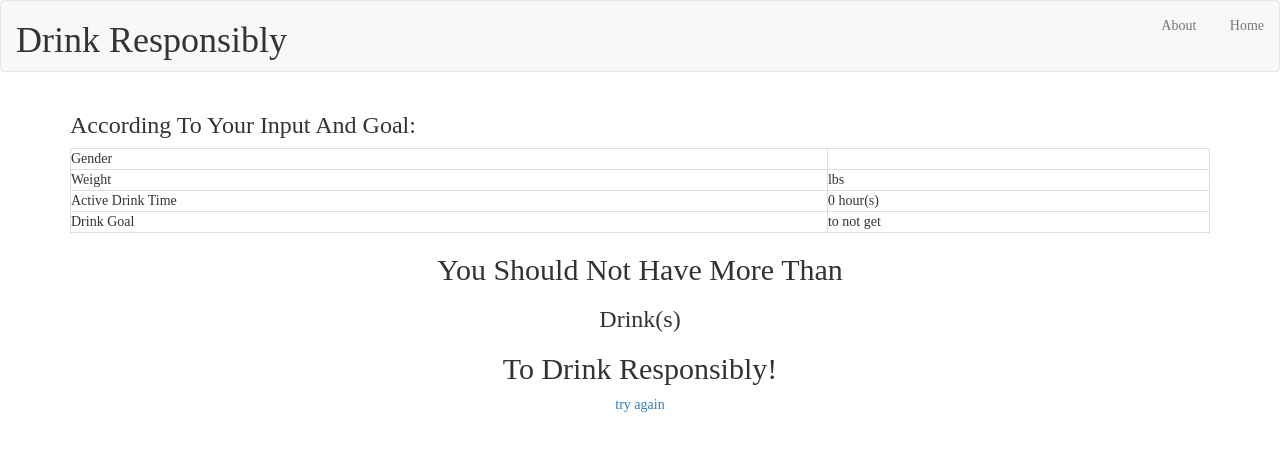
Repository: NatNat180/DrinkResponsibly
Page: http://localhost/DrinkResponsibly/calculate-drink-amount
An editor plug-in stored every save of this project. The page is shown before and after the next save, followed by the edit.
The browser window is 1280 px wide. The pictures show the whole page.
Some web fonts or font styles are not loaded; a fallback is used. The page is served by Tomcat 9. Other server files are loaded and not shown.

Above is the page before, as saved 2016-04-07 16:28:56.

### DrinkResponsibly/WebContent/WEB-INF/results.jsp
<%@ page language="java" contentType="text/html; charset=UTF-8"
    pageEncoding="ISO-8859-1"%>
<%@ taglib prefix="c" uri="http://java.sun.com/jsp/jstl/core" %>
<!DOCTYPE html>
<html lang="eng">
<head>
<meta http-equiv="Content-Type" content="text/html; charset=UTF-8">
<link rel="stylesheet" type="text/css" href="bootstrap/css/bootstrap.css"/>
<link rel="stylesheet" type="text/css" href="css/style.css"/>
<title>Drink Responsibly - Your Results</title>
</head>
<body>
<c:import url="/WEB-INF/navigation.html"/>
<section class="container">

<h3>According To Your Input And Goal:</h3>
<table class="table-bordered" style="width: 100%;">
<tr>
	<td>Gender</td>
	<td><c:out value="${gender}"></c:out></td>
</tr>
<tr>
	<td>Weight</td>
	<td><c:out value="${weight} lbs"></c:out></td>
</tr>
<tr>
	<td>Active Drink Time</td>
	<td><c:out value="${drink-time} hour(s)"></c:out></td>
</tr>
<tr>
	<td>Drink Goal</td>
	<td>to not get <c:out value="${goal}"></c:out></td>
</tr>
</table>

<div class="center-text">
<h2>You Should Not Have More Than</h2>
<h3><c:out value="${drinks}"></c:out></h3>
<h3>Drink(s)</h3>
<h2>To Drink Responsibly!</h2>
<a href="form">try again</a>
</div>

</section>
</body>
</html>

### DrinkResponsibly/WebContent/WEB-INF/navigation.html
<nav class="navbar navbar-default" role="navigation">
	<div class="container-fluid">
		<div class="navbar-header">
		  <h1  class="nav-title">Drink Responsibly</h1>
		</div>
		<ul class="nav navbar-nav navbar-right">
			<li id="right"><a href="">&nbsp;About</a>
			<li id="right"><a href="form">&nbsp;Home</a>
		</ul>
	</div>
	</nav>
	<!--<nav class="nav-tabs" role="navigation">
	<h1  class="nav-title">Drink Responsibly</h1>
		<ul class="nav navbar-nav navbar-right">
			<li id="right"><a href="">&nbsp;About</a>
			<li id="right"><a href="form">&nbsp;Home</a>
		</ul>
	</nav>-->

### DrinkResponsibly/src/com/application/CalculateDrinkAmount.java
package com.application;

import java.io.IOException;
//import java.io.PrintWriter;

import javax.servlet.ServletException;
import javax.servlet.annotation.WebServlet;
import javax.servlet.http.HttpServlet;
import javax.servlet.http.HttpServletRequest;
import javax.servlet.http.HttpServletResponse;

@WebServlet("/calculate-drink-amount")
public class CalculateDrinkAmount extends HttpServlet {
	private static final long serialVersionUID = 1L;

	//make class variables
	double initialBAC;
	double expendableBAC = 0.015;
	double finalBAC;
	int drinks;

    public CalculateDrinkAmount() {
        super();

    }

	protected void doGet(HttpServletRequest request, HttpServletResponse response) throws ServletException, IOException {

		request.getServletContext().getRequestDispatcher("/WEB-INF/results.jsp").forward(request, response);
	}

	protected void doPost(HttpServletRequest request, HttpServletResponse response) throws ServletException, IOException {

		//response.setContentType("text/html");
		//PrintWriter out = response.getWriter();

		//Retrieve values from form
		String gender = request.getParameter("gender");
		String weight = request.getParameter("weight");
		String drinkTime = request.getParameter("drink-time");
		String goal = request.getParameter("goal");
		String unit = request.getParameter("unit");

		//Parse int the weight and drinkTime so that they are no longer strings and can be manipulated
		int weightNum = Integer.parseInt(weight);
		int drinkTimeNum = Integer.parseInt(drinkTime);

		//convert from kg to lbs if kg was used
		if(unit.equals("kg")){
			weightNum *= 2.2046;
		}

		//Enable them to be printed out in a JSP
		request.setAttribute("gender", gender);
		request.setAttribute("weight", weightNum);
		request.setAttribute("drink-time", drinkTime);
		request.setAttribute("goal", goal);

		//Set initial drink amount
		//If the person plans on drinking for at least an hour or more, set the initial drink amount to the total hours they plan on drinking
		//Otherwise, set the initial drink amount to zero
		if(drinkTimeNum >= 1){
			drinks = drinkTimeNum;
		} else {
			drinks = 0;
		}

		//Calculate initial BAC levels based on gender and weight
		if(gender.equals("male")){

			if(weightNum <= 100){

				initialBAC = 0.0435;

			} else if(weightNum > 100 && weightNum < 125){

				double base = 0.0435;
				double rate = 0.00036 * 5;

				switch(weightNum){
				case 101:
				case 102:
				case 103:
				case 104:
					initialBAC = base;
					break;
				case 105:
				case 106:
				case 107:
				case 108:
				case 109:
					initialBAC = base - rate;
					break;
				case 110:
				case 111:
				case 112:
				case 113:
				case 114:
					initialBAC = base - (rate * 2);
					break;
				case 115:
				case 116:
				case 117:
				case 118:
				case 119:
					initialBAC = base - (rate * 3);
					break;
				case 120:
				case 121:
				case 122:
				case 123:
				case 124:
					initialBAC = base - (rate * 4);
					break;
				}

			} else if(weightNum >= 125 && weightNum < 150){

				double base = 0.0345;
				double rate = 0.0002 * 5;

				switch(weightNum){
				case 125:
				case 126:
				case 127:
				case 128:
				case 129:
					initialBAC = base;
					break;
				case 130:
				case 131:
				case 132:
				case 133:
				case 134:
					initialBAC = base - rate;
					break;
				case 135:
				case 136:
				case 137:
				case 138:
				case 139:
					initialBAC = base - (rate * 2);
					break;
				case 140:
				case 141:
				case 142:
				case 143:
				case 144:
					initialBAC = base - (rate * 3);
					break;
				case 145:
				case 146:
				case 147:
				case 148:
				case 149:
					initialBAC = base - (rate * 4);
					break;
				}

			} else if(weightNum >= 150 && weightNum < 175){

				double base = 0.0295;
				double rate = 0.00016 * 5;

				switch(weightNum){
				case 150:
				case 151:
				case 152:
				case 153:
				case 154:
					initialBAC = base;
					break;
				case 155:
				case 156:
				case 157:
				case 158:
				case 159:
					initialBAC = base - rate;
					break;
				case 160:
				case 161:
				case 162:
				case 163:
				case 164:
					initialBAC = base - (rate * 2);
					break;
				case 165:
				case 166:
				case 167:
				case 168:
				case 169:
					initialBAC = base - (rate * 3);
					break;
				case 170:
				case 171:
				case 172:
				case 173:
				case 174:
					initialBAC = base - (rate * 4);
					break;
				}

			} else if(weightNum >= 175 && weightNum < 200){

				double base = 0.0255;
				double rate = 0.00012 * 5;

				switch(weightNum){
				case 175:
				case 176:
				case 177:
				case 178:
				case 179:
					initialBAC = base;
					break;
				case 180:
				case 181:
				case 182:
				case 183:
				case 184:
					initialBAC = base - rate;
					break;
				case 185:
				case 186:
				case 187:
				case 188:
				case 189:
					initialBAC = base - (rate * 2);
					break;
				case 190:
				case 191:
				case 192:
				case 193:
				case 194:
					initialBAC = base - (rate * 3);
					break;
				case 195:
				case 196:
				case 197:
				case 198:
				case 199:
					initialBAC = base - (rate * 4);
					break;
				}

			} else if(weightNum >= 200 && weightNum < 225){

				double base = 0.0225;
				double rate = 0.00012 * 5;

				switch(weightNum){
				case 200:
				case 201:
				case 202:
				case 203:
				case 204:
					initialBAC = base;
					break;
				case 205:
				case 206:
				case 207:
				case 208:
				case 209:
					initialBAC = base - rate;
					break;
				case 210:
				case 211:
				case 212:
				case 213:
				case 214:
					initialBAC = base - (rate * 2);
					break;
				case 215:
				case 216:
				case 217:
				case 218:
				case 219:
					initialBAC = base - (rate * 3);
					break;
				case 220:
				case 221:
				case 222:
				case 223:
				case 224:
					initialBAC = base - (rate * 4);
					break;
				}

			} else if(weightNum >= 225 && weightNum < 250){

				double base = 0.0195;
				double rate = 0.00008 * 5;

				switch(weightNum){
				case 225:
				case 226:
				case 227:
				case 228:
				case 229:
					initialBAC = base;
					break;
				case 230:
				case 231:
				case 232:
				case 233:
				case 234:
					initialBAC = base - rate;
					break;
				case 235:
				case 236:
				case 237:
				case 238:
				case 239:
					initialBAC = base - (rate * 2);
					break;
				case 240:
				case 241:
				case 242:
				case 243:
				case 244:
					initialBAC = base - (rate * 3);
					break;
				case 245:
				case 246:
				case 247:
				case 248:
				case 249:
					initialBAC = base - (rate * 4);
					break;
				}

			} else if(weightNum >= 250 && weightNum < 275){

				double base = 0.0175;
				double rate = 0.00008 * 5;

				switch(weightNum){
				case 250:
				case 251:
				case 252:
				case 253:
				case 254:
					initialBAC = base;
					break;
				case 255:
				case 256:
				case 257:
				case 258:
				case 259:
					initialBAC = base - rate;
					break;
				case 260:
				case 261:
				case 262:
				case 263:
				case 264:
					initialBAC = base - (rate * 2);
					break;
				case 265:
				case 266:
				case 267:
				case 268:
				case 269:
					initialBAC = base - (rate * 3);
					break;
				case 270:
				case 271:
				case 272:
				case 273:
				case 274:
					initialBAC = base - (rate * 4);
					break;
				}

			} else {

				double base = 0.0175;
				double rate = 0.00008 * 5;

				initialBAC = base - (rate * 5);
			}

		} else { //for females

			if(weightNum <= 100){

				initialBAC = 0.0505;

			} else if(weightNum > 100 && weightNum < 125){

				double base = 0.0505;
				double rate = 0.0004 * 5;

				switch(weightNum){
				case 101:
				case 102:
				case 103:
				case 104:
					initialBAC = base;
					break;
				case 105:
				case 106:
				case 107:
				case 108:
				case 109:
					initialBAC = base - rate;
					break;
				case 110:
				case 111:
				case 112:
				case 113:
				case 114:
					initialBAC = base - (rate * 2);
					break;
				case 115:
				case 116:
				case 117:
				case 118:
				case 119:
					initialBAC = base - (rate * 3);
					break;
				case 120:
				case 121:
				case 122:
				case 123:
				case 124:
					initialBAC = base - (rate * 4);
					break;
				}

			} else if(weightNum >= 125 && weightNum < 150){

				double base = 0.0405;
				double rate = 0.00024 * 5;

				switch(weightNum){
				case 125:
				case 126:
				case 127:
				case 128:
				case 129:
					initialBAC = base;
					break;
				case 130:
				case 131:
				case 132:
				case 133:
				case 134:
					initialBAC = base - rate;
					break;
				case 135:
				case 136:
				case 137:
				case 138:
				case 139:
					initialBAC = base - (rate * 2);
					break;
				case 140:
				case 141:
				case 142:
				case 143:
				case 144:
					initialBAC = base - (rate * 3);
					break;
				case 145:
				case 146:
				case 147:
				case 148:
				case 149:
					initialBAC = base - (rate * 4);
					break;
				}

			} else if(weightNum >= 150 && weightNum < 175){

				double base = 0.0345;
				double rate = 0.0002 * 5;

				switch(weightNum){
				case 150:
				case 151:
				case 152:
				case 153:
				case 154:
					initialBAC = base;
					break;
				case 155:
				case 156:
				case 157:
				case 158:
				case 159:
					initialBAC = base - rate;
					break;
				case 160:
				case 161:
				case 162:
				case 163:
				case 164:
					initialBAC = base - (rate * 2);
					break;
				case 165:
				case 166:
				case 167:
				case 168:
				case 169:
					initialBAC = base - (rate * 3);
					break;
				case 170:
				case 171:
				case 172:
				case 173:
				case 174:
					initialBAC = base - (rate * 4);
					break;
				}

			} else if(weightNum >= 175 && weightNum < 200){

				double base = 0.0295;
				double rate = 0.00012 * 5;

				switch(weightNum){
				case 175:
				case 176:
				case 177:
				case 178:
				case 179:
					initialBAC = base;
					break;
				case 180:
				case 181:
				case 182:
				case 183:
				case 184:
					initialBAC = base - rate;
					break;
				case 185:
				case 186:
				case 187:
				case 188:
				case 189:
					initialBAC = base - (rate * 2);
					break;
				case 190:
				case 191:
				case 192:
				case 193:
				case 194:
					initialBAC = base - (rate * 3);
					break;
				case 195:
				case 196:
				case 197:
				case 198:
				case 199:
					initialBAC = base - (rate * 4);
					break;
				}

			} else if(weightNum >= 200 && weightNum < 225){

				double base = 0.0265;
				double rate = 0.00016 * 5;

				switch(weightNum){
				case 200:
				case 201:
				case 202:
				case 203:
				case 204:
					initialBAC = base;
					break;
				case 205:
				case 206:
				case 207:
				case 208:
				case 209:
					initialBAC = base - rate;
					break;
				case 210:
				case 211:
				case 212:
				case 213:
				case 214:
					initialBAC = base - (rate * 2);
					break;
				case 215:
				case 216:
				case 217:
				case 218:
				case 219:
					initialBAC = base - (rate * 3);
					break;
				case 220:
				case 221:
				case 222:
				case 223:
				case 224:
					initialBAC = base - (rate * 4);
					break;
				}

			} else if(weightNum >= 225 && weightNum < 250){

				double base = 0.0225;
				double rate = 0.00008 * 5;

				switch(weightNum){
				case 225:
				case 226:
				case 227:
				case 228:
				case 229:
					initialBAC = base;
					break;
				case 230:
				case 231:
				case 232:
				case 233:
				case 234:
					initialBAC = base - rate;
					break;
				case 235:
				case 236:
				case 237:
				case 238:
				case 239:
					initialBAC = base - (rate * 2);
					break;
				case 240:
				case 241:
				case 242:
				case 243:
				case 244:
					initialBAC = base - (rate * 3);
					break;
				case 245:
				case 246:
				case 247:
				case 248:
				case 249:
					initialBAC = base - (rate * 4);
					break;
				}

			} else if(weightNum >= 250 && weightNum < 275){

				double base = 0.0205;
				double rate = 0.00008 * 5;

				switch(weightNum){
				case 250:
				case 251:
				case 252:
				case 253:
				case 254:
					initialBAC = base;
					break;
				case 255:
				case 256:
				case 257:
				case 258:
				case 259:
					initialBAC = base - rate;
					break;
				case 260:
				case 261:
				case 262:
				case 263:
				case 264:
					initialBAC = base - (rate * 2);
					break;
				case 265:
				case 266:
				case 267:
				case 268:
				case 269:
					initialBAC = base - (rate * 3);
					break;
				case 270:
				case 271:
				case 272:
				case 273:
				case 274:
					initialBAC = base - (rate * 4);
					break;
				}

			} else {

				double base = 0.0205;
				double rate = 0.00008 * 5;

				initialBAC = base - (rate * 5);
			}

		}

		//determine finalBAC
		//if the drink time is less than an hour, their initialBAC (after one drink) is also their final BAC
		//if they plan to drink for more than an hour, their initialBAC wears off with each hour
		if(drinkTimeNum < 1){
			finalBAC = initialBAC;
		} else {
			finalBAC = ((initialBAC - expendableBAC) * drinkTimeNum) + initialBAC;
		}

		//calculate alloted drink amount based on BAC level
		// create a new variable which will start the same as the final blood alcohol level
		// this new variable keeps changing, but we need the initial finalBAC variable to
		// remain the same so it can keep adding to the new variable
		double BAC = finalBAC;

		// Set message if goal is to not get drunk
		if(goal.equals("drunk")){
			//Allow for drinks so long as it does not surpass limit.
			if(finalBAC > 0.05){
				drinks -= 1;
			} else {
				while(BAC < 0.04){
					BAC += initialBAC;
					drinks += 1;
				}
				// don't risk getting past the drunk limit - but if it's been an hour, your BAC lowers
			}

			if(drinks < 0){
				drinks = 0;
			}
		}

		// Set message if goal is to not get sick
		else if(goal.equals("sick")){
			//Allow for drinks so long as it does not surpass limit.
			if(finalBAC > 0.16){
				drinks -= 1;
			} else {
				while(BAC < 0.16){
					BAC += initialBAC;
					drinks += 1;
				}
			}

			if(drinks < 0){

				drinks = 0;
			}
		}

		//Make drinks into a String
		String drinkAmount = Integer.toString(drinks);
		//create a session attribute for drinks
		request.setAttribute("drinks", drinkAmount);

		String initial = Double.toString(initialBAC);
		request.setAttribute("initial", initial);

		String end = Double.toString(finalBAC);
		request.setAttribute("final", end);

		request.setAttribute("yes", BAC);

		doGet(request, response);
	}

}

### DrinkResponsibly/WebContent/css/style.css
@import url(https://fonts.googleapis.com/css?family=Fjalla+One|Poiret+One|Bitter|Arvo|Amatic+SC:400,700);

/*
font-family: 'Fjalla One', sans-serif;
font-family: 'Poiret One', cursive;
font-family: 'Bitter', serif;
font-family: 'Arvo', serif;
font-family: 'Amatic SC', cursive;
*/

h1 {font-family: 'Poiret One', cursive;}
body {font-family: 'Arvo', serif;}
.center-text {text-align:center;}

a:hover{
	text-decoration: none;
}

form p {
	margin-top: 5px;
	margin-bottom: 5px;
}

Loaded but not shown: DrinkResponsibly/WebContent/bootstrap/css/bootstrap.css (library)

After the next save:
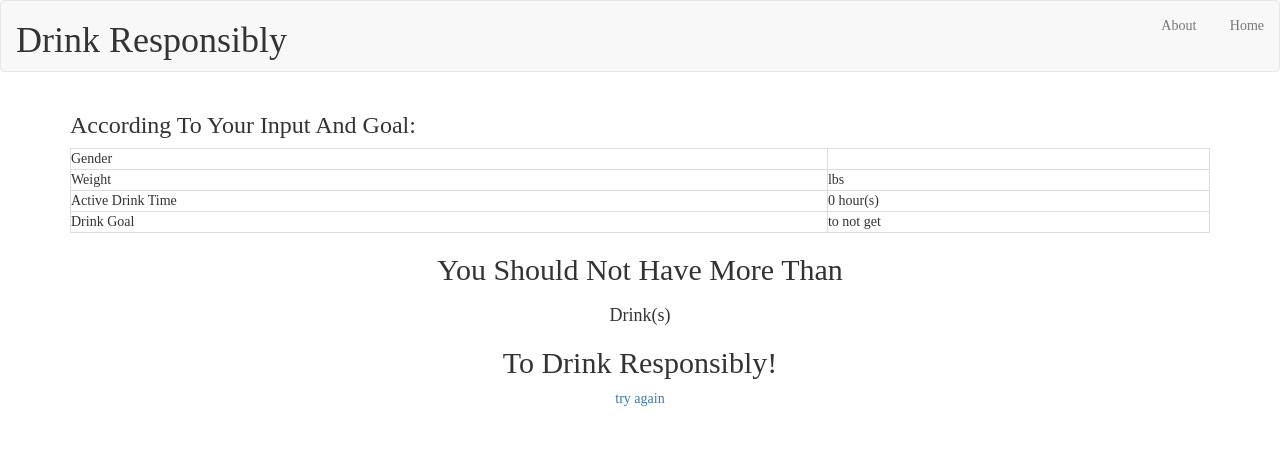
Saved 24 s later.
--- a/DrinkResponsibly/WebContent/WEB-INF/results.jsp
+++ b/DrinkResponsibly/WebContent/WEB-INF/results.jsp
@@ -35,8 +35,8 @@
 
 <div class="center-text">
 <h2>You Should Not Have More Than</h2>
-<h3><c:out value="${drinks}"></c:out></h3>
-<h3>Drink(s)</h3>
+<h1><c:out value="${drinks}"></c:out></h1>
+<h4>Drink(s)</h4>
 <h2>To Drink Responsibly!</h2>
 <a href="form">try again</a>
 </div>
